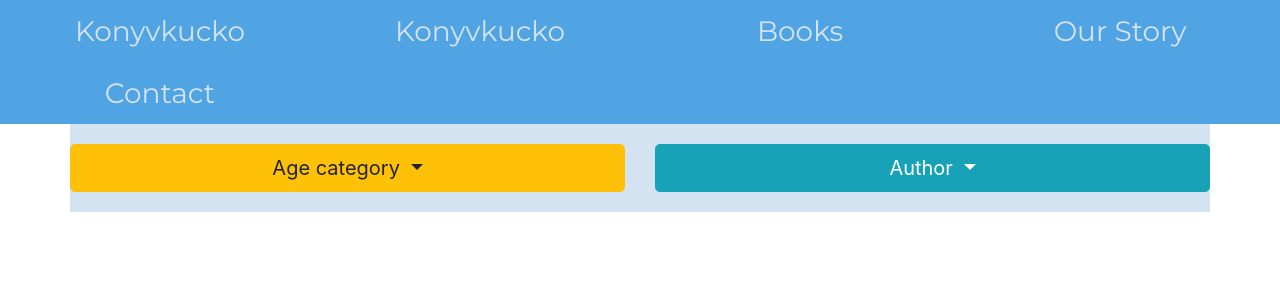
Repository: taikatta/Konyvkucko
Page: books.html
The author's editor kept a record of every edit. The page is drawn from the files as they stood at one moment, then again after the next edit.
The browser window is 1280 px wide. The pictures show the whole page.

Above is the page before.

### books.html
<!DOCTYPE html>
<html lang="en">

<head>
    <meta charset="UTF-8">
    <meta name="viewport" content="width=device-width, initial-scale=1.0">
    <meta http-equiv="X-UA-Compatible" content="ie=edge">
    <link rel="stylesheet" href="https://stackpath.bootstrapcdn.com/bootstrap/4.3.1/css/bootstrap.min.css" type="text/css" />
    <link rel="stylesheet" href="https://stackpath.bootstrapcdn.com/font-awesome/4.7.0/css/font-awesome.min.css" type="text/css" />
    <link rel="stylesheet" href="css/style.css" type="text/css" />
    <title>Dublini Magyar Könyvkuckó</title>
</head>

<body>
    <header>
        <div class="row no-gutters">
            <div class="col">
                <ul id="nav" class="list-inline menucontainer">
                    <li class="col-6 col-sm-3 list-inline-item menuitem">
                        <a href="index.html"><span>Konyvkucko</span></a>
                    </li>
                    <li class="col-6 col-sm-3 list-inline-item menuitem">
                        <a href="index.html"><span>Konyvkucko</span></a>
                    </li>
                    <li class="col-6 col-sm-3 list-inline-item menuitem">
                        <a href="books.html"><span>Books</span></a>
                    </li>
                    <li class="col-6 col-sm-3 list-inline-item menuitem">
                        <a href="ourstory.html"><span>Our Story</span></a>
                    </li>
                    <li class="col-6 col-sm-3 list-inline-item menuitem">
                        <a href="contact.html"><span>Contact</span></a>
                    </li>
                </ul>
            </div>
        </div>
    </header>

    <section>
        <div class="container">
            <div class="row">
                <div class="col-sm-12 col-md-6">

                    <div class="dropdown">
                        <button class="btn btn-secondary btn-lg btn-block btn-warning dropdown-toggle" type="button" id="button1" data-toggle="dropdown" aria-haspopup="true" aria-expanded="false">
    Age category
  </button>
                        <div class="dropdown-menu" aria-labelledby="button1">
                            <a class="dropdown-item" href="#">0 - 3 years old</a>
                            <a class="dropdown-item" href="#">Another action</a>
                            <a class="dropdown-item" href="#">Something else here</a>
                        </div>
                    </div>

                </div>
                <div class="col-sm-12 col-md-6">
                    <div class="dropdown">
                        <button class="btn btn-secondary btn-lg btn-block btn-info dropdown-toggle" type="button" id="button2" data-toggle="dropdown" aria-haspopup="true" aria-expanded="false">
    Author
  </button>
                        <div class="dropdown-menu" aria-labelledby="button2">
                            <a class="dropdown-item" href="#">Berg Judit</a>
                            <a class="dropdown-item" href="#">Varro Daniel</a>
                            <a class="dropdown-item" href="#">Agocs Irisz</a>
                        </div>
                    </div>

                </div>
         <!--        <div class="col-sm-6 col-md-3">

                    <div class="dropdown">
                        <button class="btn btn-secondary btn-lg btn-block btn-warning dropdown-toggle" type="button" id="button3" data-toggle="dropdown" aria-haspopup="true" aria-expanded="false">
    Age category
  </button>
                        <div class="dropdown-menu" aria-labelledby="button3">
                            <a class="dropdown-item" href="#">0 - 3 years old</a>
                            <a class="dropdown-item" href="#">Another action</a>
                            <a class="dropdown-item" href="#">Something else here</a>
                        </div>
                    </div>

                </div>
                <div class="col-sm-6 col-md-3">

                    <div class="dropdown">
                        <button class="btn btn-secondary btn-lg btn-block btn-warning dropdown-toggle" type="button" id="button4" data-toggle="dropdown" aria-haspopup="true" aria-expanded="false">
    Age category
  </button>
                        <div class="dropdown-menu" aria-labelledby="button4">
                            <a class="dropdown-item" href="#">0 - 3 years old</a>
                            <a class="dropdown-item" href="#">Another action</a>
                            <a class="dropdown-item" href="#">Something else here</a>
                        </div>
                    </div>

                </div> -->


            </div>

        </div>


    </section>
    <footer>
    </footer>

    <script src="https://code.jquery.com/jquery-3.3.1.slim.min.js" integrity="sha384-q8i/X+965DzO0rT7abK41JStQIAqVgRVzpbzo5smXKp4YfRvH+8abtTE1Pi6jizo" crossorigin="anonymous"></script>
    <script src="https://cdnjs.cloudflare.com/ajax/libs/popper.js/1.14.7/umd/popper.min.js" integrity="sha384-UO2eT0CpHqdSJQ6hJty5KVphtPhzWj9WO1clHTMGa3JDZwrnQq4sF86dIHNDz0W1" crossorigin="anonymous"></script>
    <script src="https://stackpath.bootstrapcdn.com/bootstrap/4.3.1/js/bootstrap.min.js" integrity="sha384-JjSmVgyd0p3pXB1rRibZUAYoIIy6OrQ6VrjIEaFf/nJGzIxFDsf4x0xIM+B07jRM" crossorigin="anonymous"></script>
</body>

</html>

### css/style.css
@import url('https://fonts.googleapis.com/css?family=Montserrat&display=swap:100, 200, 300, 400, 500, 600, 700');

/*--------------------------------------------Colors*/



/*--------------------------------------------Heading*/

header, footer {
    margin: 0;
    background-color: #51a4e3; /* #1d7fcf; */

}

footer > div{
    font-family: "Montserrat", sans-serif;
    font-weight: 100;
    font-size: 20px;
    text-align: center;
    color: #d4e3f2;
}


.list-inline-item:not(:last-child) {
    margin: 0;
}

.menucontainer {
    font-size: 0;
    min-height: 60px;
}

.menuitem a {
    width: 100%;
    text-decoration: none;
}

#nav li {
    font-family: "Montserrat", sans-serif;
    font-weight: 200;
    font-size: 28px;
    margin-top: 10px;
    margin-bottom: 10px;
    text-align: center;

}

#nav span {
    color: #d4e3f2;
}

.brand {
    color: #d4e3f2;
    font-family: "Montserrat", sans-serif;
    font-weight: 200;
    font-size: 28px;
    margin-top: 10px;
    margin-bottom: 10px;
    text-align: center;
}

#nav {
    margin: 0;
}


.page-title h1 {
    padding-top: 10px;
    text-align: center;
}

.container {
    padding: 10px 0;
    background-color: #d4e3f2;

}

/*
.container:not(:last-child) {
    margin-right: 10px;

}
*/

#button1, #button2, #button3, #button4 {
    margin-top: 10px;
    margin-bottom: 10px;
}


.callout-container {
    height: 100vh;
    background: url("../images/deansgrange1.jpg") no-repeat bottom right fixed;
    -webkit-background-size: cover;
    -moz-background-size: cover;
    -o-background-size: cover;
    background-size: cover;
    display: flex;
    align-items: center;
    justify-content:center;
    position: relative;
}

.introduction {
    color: black; /*#d4e3f2; */
    text-align: center;
    height: 560px;
}


/*

.logo {
    background: url("../images/logo.jpg");
    background-position: center;
    background-repeat: no-repeat;
    background-size: 75%;
    min-height: 60px;
    background-color: #1d7fcf;
}

*/

/*
.heading {
    margin-left: 50px;
}

*/

/*

.page-title {
    font-family: "Montserrat", sans-serif;
    font-weight: 200;
    font-size: 28px;
    color: #0f68b7;
    background-color: #8bc4ec;
    min-height: 60px;
    width: auto;
    text-transform: uppercase;
    letter-spacing: 2px;
    margin: 0;
}
*/

After the next edit:
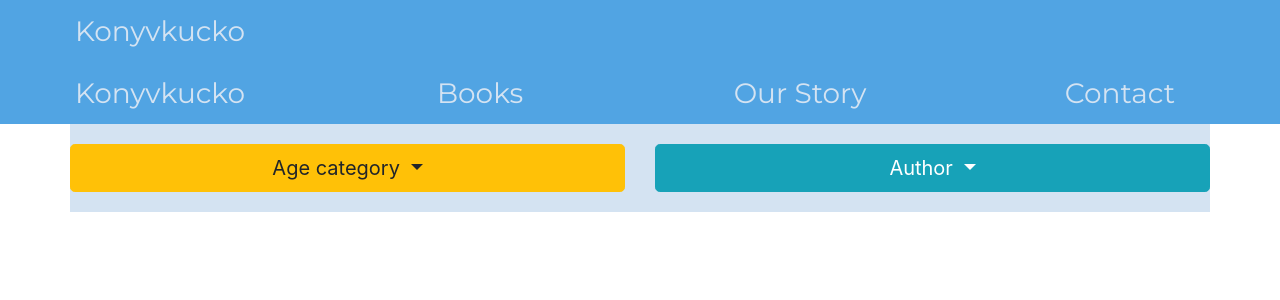
The edit:
--- a/books.html
+++ b/books.html
@@ -16,7 +16,7 @@
         <div class="row no-gutters">
             <div class="col">
                 <ul id="nav" class="list-inline menucontainer">
-                    <li class="col-6 col-sm-3 list-inline-item menuitem">
+                    <li class="col-6 col-sm-3 list-inline-item menuitem d-none d-md-block">
                         <a href="index.html"><span>Konyvkucko</span></a>
                     </li>
                     <li class="col-6 col-sm-3 list-inline-item menuitem">
